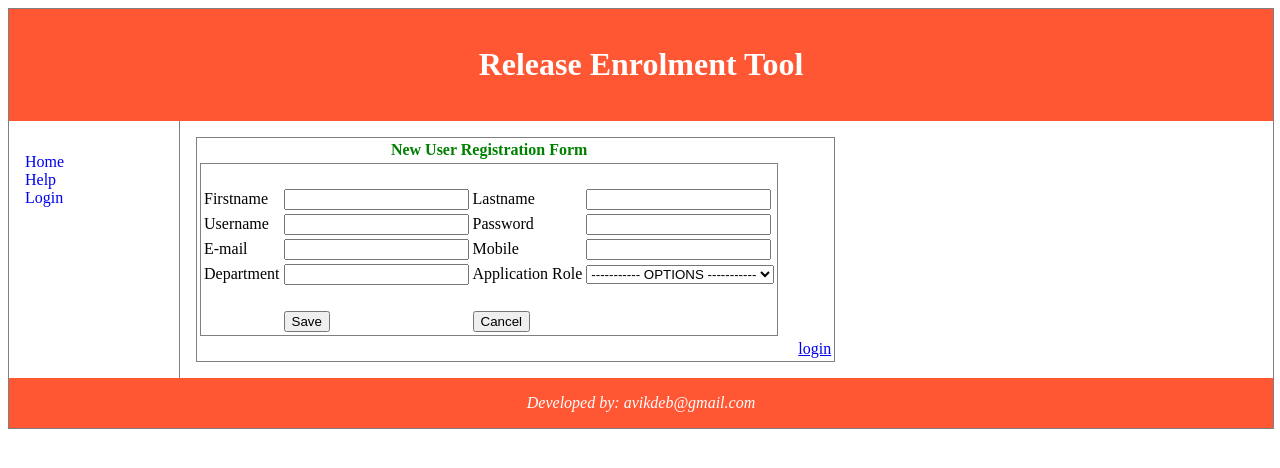
Repository: guribrar/enrolmentapp
Page: http://localhost/enrolmentapp/newuser.jsp
These files come from the project's save history. The page is drawn as it stood at one moment and after the next save; the edit follows.
The browser window is 1280 px wide. The pictures show the whole page.
The page is served by Tomcat 9. Other server files are loaded and not shown. Queries for data that is not in the repository find no rows.

Above is the page before, as saved 2016-12-31 17:12:47.

### enrolmentapp/WebContent/newuser.jsp
<%@ page language="java" contentType="text/html; charset=ISO-8859-1"
    pageEncoding="ISO-8859-1"%>
<%@ taglib uri="http://java.sun.com/jsp/jstl/sql" prefix="sql" %>
<%@ taglib uri="http://java.sun.com/jsp/jstl/core" prefix="c" %>

<!DOCTYPE html PUBLIC "-//W3C//DTD HTML 4.01 Transitional//EN" "http://www.w3.org/TR/html4/loose.dtd">

<sql:query var="rs" dataSource="jdbc/enrolmentapp">
	select role from enrolmentapp.role
</sql:query>

<html>
<head>
<meta http-equiv="Content-Type" content="text/html; charset=ISO-8859-1">
<link rel="stylesheet" type="text/css" href="css/style.css">
<title>New User Registration</title>
</head>

<body>

<div class="container">

<header>
   <h1>Release Enrolment Tool</h1>
</header>

<nav>
  <ul>
    <li><a href="testlogin.jsp">Home</a></li>
    <li><a href="underconstruction.jsp">Help</a></li>
    <li><a href="login.jsp">Login</a></li>
  </ul>
</nav>


<article>
<table frame="box">
	<tr>
		<th><font color="green">New User Registration Form</font></th>
	</tr>
	<tr>
		<td>
			<form action="UserRegistrationServlet">
			<table frame="box">
				<tr>
					<td>&nbsp;</td>
					<td>&nbsp;</td>
					<td>&nbsp;</td>
					<td>&nbsp;</td>
				</tr>
				<tr>
					<td>Firstname</td>
					<td><input type="text" name="firstname" value="" /></td>
					<td>Lastname</td>
					<td><input type="text" name="lastname" value="" /></td>
				</tr>
				<tr>
					<td>Username</td>
					<td><input type="text" name="username" value="" /></td>
					<td>Password</td>
					<td><input type="password" name="password" value="" /></td>
				</tr>
				<tr>
					<td>E-mail</td>
					<td><input type="text" name="email" value="" /></td>
					<td>Mobile</td>
					<td><input type="text" name="mobile" value="" /></td>
				</tr>
				<tr>
					<td>Department</td>
					<td><input type="text" name="email" value="" /></td>
					<td>Application Role</td>
					<td>
						<select name="role">
							<option value="">----------- OPTIONS -----------</option>
							<c:forEach var="row" items="${rs.rows}">
    							<option value="${row.role}">${row.role}</option>
							</c:forEach>
						</select>
					</td>
				</tr>
				<tr>
					<td>&nbsp;</td>
					<td>&nbsp;</td>
					<td>&nbsp;</td>
					<td>&nbsp;</td>
				</tr>
				<tr>
					<td>&nbsp;</td>
					<td><input type="submit" name="save" value="Save"/></td>
					<td><input type="submit" name="cancel" value="Cancel"/></td>
					<td>&nbsp;</td>
				</tr>
			</table>
			</form>
		</td>
	</tr>
	<tr>
		<td>&nbsp;</td>
		<td>&nbsp;</td>
		<td>&nbsp;</td>
		<td><a href="login.jsp">login</a></td>
	</tr>
</table>

</article>

<footer><i>Developed by: avikdeb@gmail.com</i></footer>

</div>



</body>
</html>

### enrolmentapp/WebContent/css/style.css
@CHARSET "ISO-8859-1";

div.container {
    width: 100%;
    border: 1px solid gray;
}

header, footer {
    padding: 1em;
    color: white;
    background-color: #FF5733;
    clear: left;
    text-align: center;
}

nav {
    float: left;
    max-width: 160px;
    margin: 0;
    padding: 1em;
}

nav ul {
    list-style-type: none;
    padding: 0;
}

nav ul a {
    text-decoration: none;
}

article {
    margin-left: 170px;
    border-left: 1px solid gray;
    padding: 1em;
    overflow: hidden;
}

After the next save:
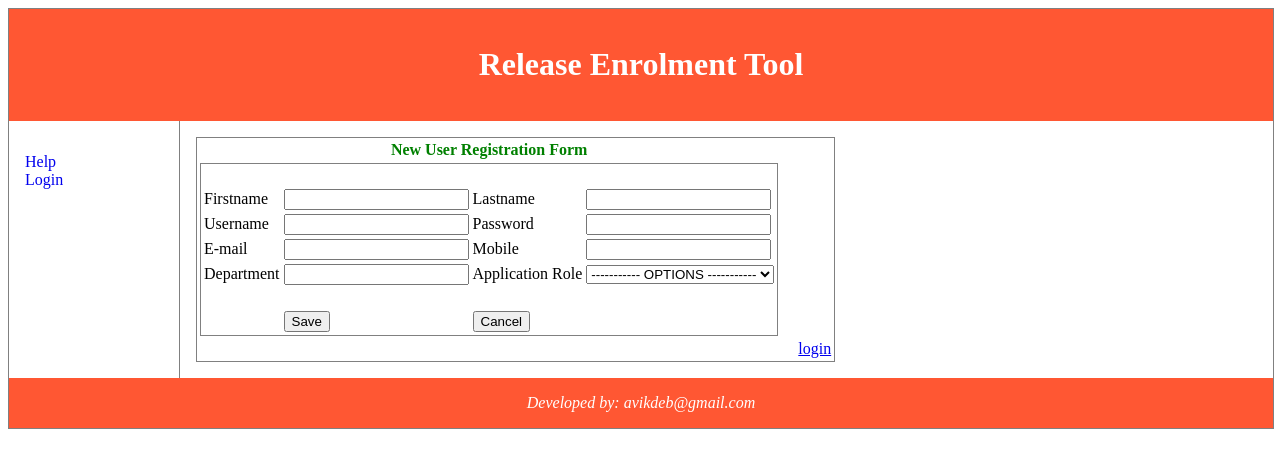
Saved 39 s later.
--- a/enrolmentapp/WebContent/newuser.jsp
+++ b/enrolmentapp/WebContent/newuser.jsp
@@ -26,7 +26,6 @@
 
 <nav>
   <ul>
-    <li><a href="testlogin.jsp">Home</a></li>
     <li><a href="underconstruction.jsp">Help</a></li>
     <li><a href="login.jsp">Login</a></li>
   </ul>
